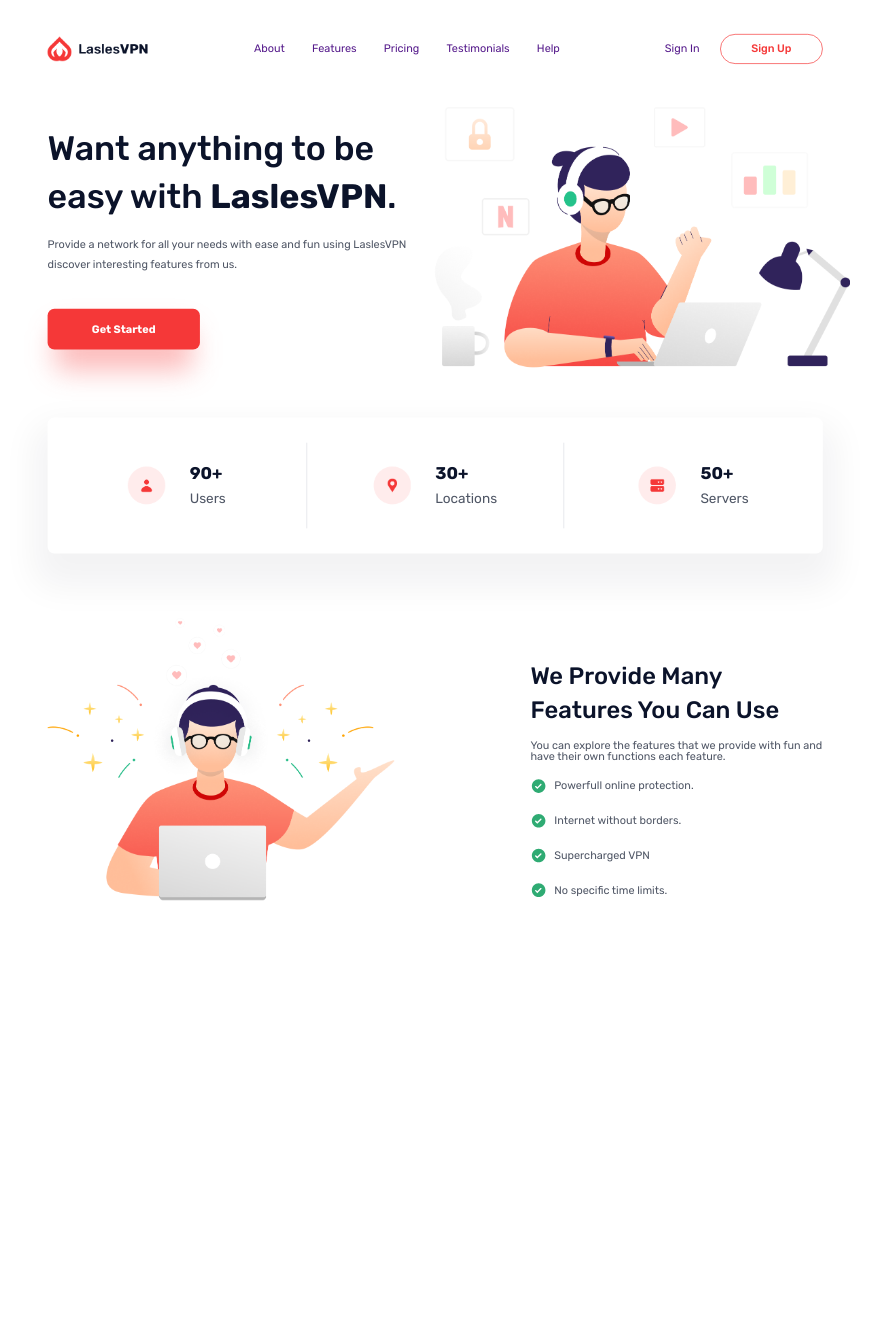
Repository: dangpham205/LaslesVPN-Landing-Page
Page: index.html
An editor plug-in stored every save of this project. The page is shown before and after the next save, followed by the edit.
The browser window is 1280 px wide. The pictures show the whole page, at 68% of full size.

Above is the page before, as saved 2022-07-19 21:24:37.

After the next save:
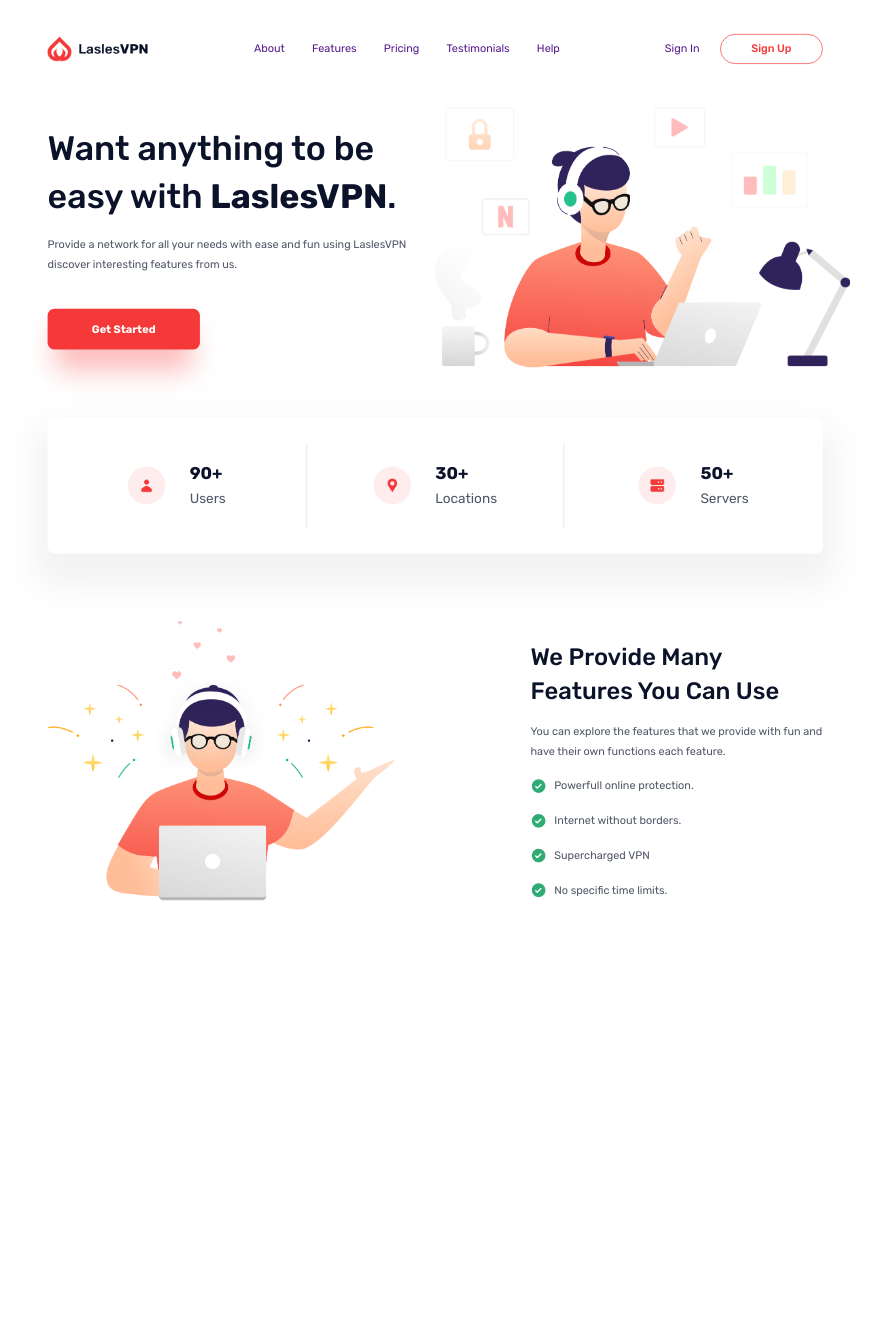
Saved 62 s later.
--- a/index.html
+++ b/index.html
@@ -107,7 +107,7 @@
                         </div>
                         <div class="feature__content">
                             <h3 class="feature__title heading">We Provide Many Features You Can Use</h3>
-                            <p class="feature__desc">You can explore the features that we provide with fun and have their own functions each feature.
+                            <p class="feature__desc text">You can explore the features that we provide with fun and have their own functions each feature.
 
                             </p>
                             <ul class="feature__list">
